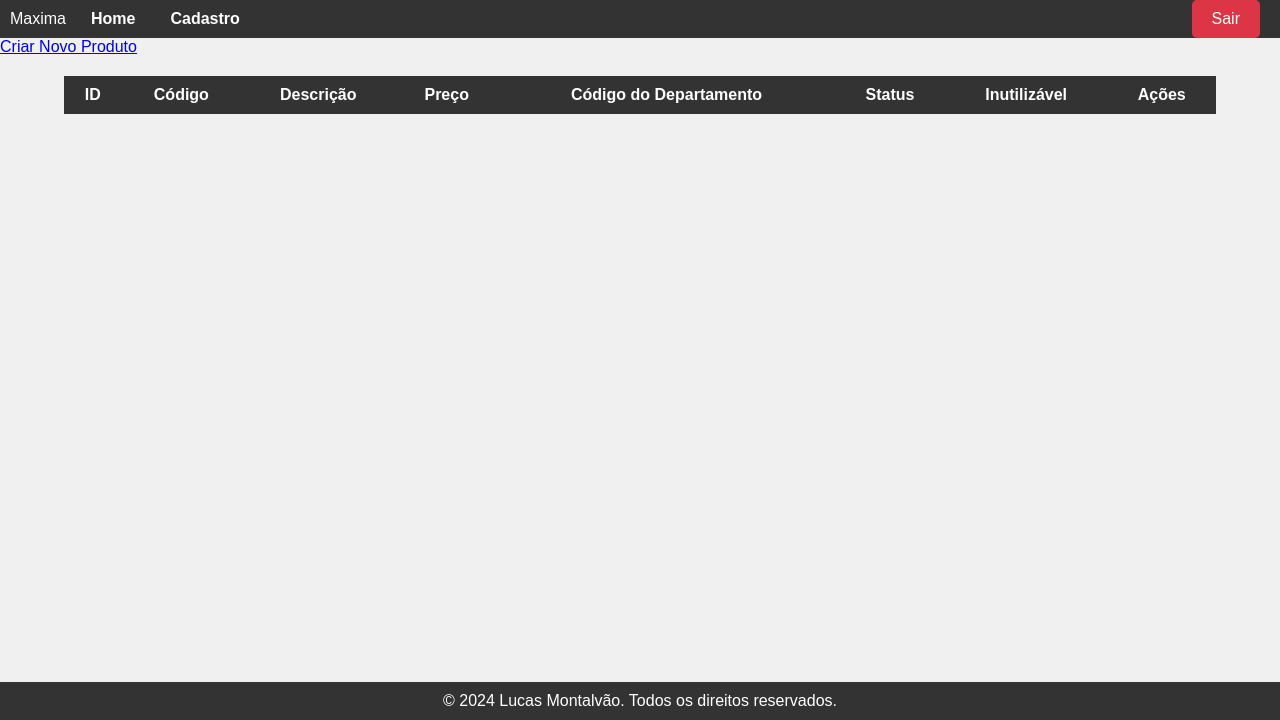
Repository: LucasMontalvao1/ProjetoMaxima
Page: /produto (app in AngularMaxima/)
An editor plug-in stored every save of this project. The page is shown before and after the next save, followed by the edit.
The browser window is 1280 px wide. The pictures show the whole page.
The page's requests for data from a server got no answer. The project was rebuilt for these pictures with package versions that can differ from the ones it lists, and the page was loaded fresh each time. No one was signed in, and anything a server would have sent is missing. Also part of the build but not shown: AngularMaxima/angular.json, AngularMaxima/src/app/pages/login/login.component.ts, AngularMaxima/src/app/pages/home/home.component.ts.

Above is the page before, as saved 2024-07-14 19:54:45.

After the next save:
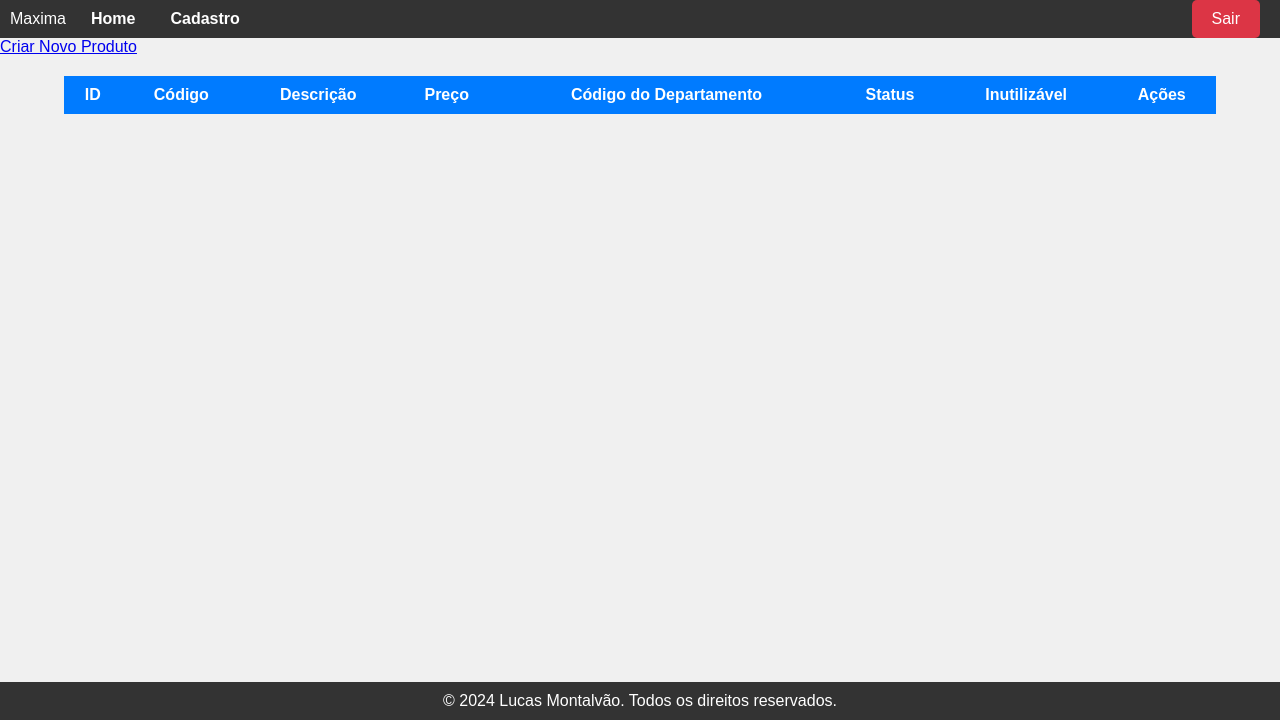
Saved 12 s later.
--- a/AngularMaxima/src/app/pages/produto/produto.component.css
+++ b/AngularMaxima/src/app/pages/produto/produto.component.css
@@ -12,7 +12,7 @@
 }
 
 .table th {
-  background-color: #333; /* Cor de fundo do cabeçalho */
+  background-color: #007BFF; /* Cor de fundo do cabeçalho */
   color: white;
   font-size: 16px;
   font-weight: bold;
@@ -22,20 +22,25 @@
   background-color: #f8f9fa; /* Cor de fundo das células */
 }
 
-.table .action-link {
-  color: #007BFF; /* Cor dos links "Editar" e "Detalhes" */
+.table .btn {
+  border-radius: 5px; /* Borda arredondada para todos os botões */
   margin-right: 10px;
-  cursor: pointer;
 }
 
-.table .action-link:hover {
-  text-decoration: underline;
+.table .btn-primary {
+  background-color: #007BFF; /* Cor azul para os botões "Editar" e "Detalhes" */
+  color: white;
 }
 
-.table .delete-link {
-  color: #dc3545; /* Cor do link "Apagar" */
+.table .btn-primary:hover {
+  background-color: #0056b3; /* Cor mais escura ao passar o mouse */
 }
 
-.table .delete-link:hover {
-  color: #c82333;
+.table .btn-danger {
+  background-color: #dc3545; /* Cor vermelha para o botão "Apagar" */
+  color: white;
 }
+
+.table .btn-danger:hover {
+  background-color: #c82333; /* Cor mais escura ao passar o mouse */
+}
